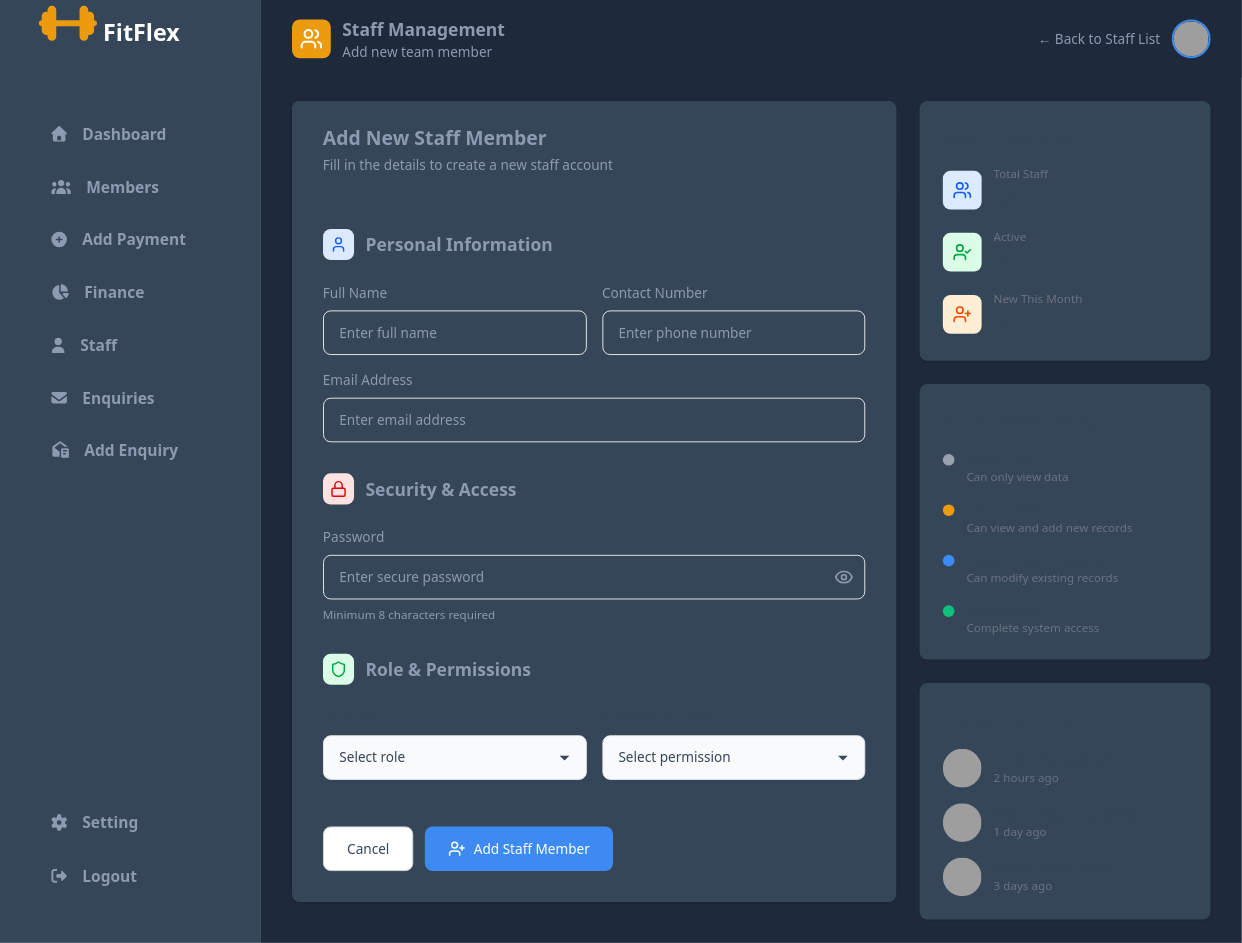
Repository: MuhammadTalhaTaj/gym_management_app_backend
Page: /addstaff (app in frontend/)
An editor plug-in stored every save of this project. The page is shown before and after a run of saves, followed by the edit.
The browser window is 1280 px wide. The pictures show the whole page, at 97% of full size.
Pictures or frames that could not be fetched are drawn as grey boxes. The project was rebuilt for these pictures with package versions that can differ from the ones it lists, and the page was loaded fresh each time. Also part of the build but not shown: frontend/vite.config.ts, frontend/src/assets/styles/AdminHeader.css, frontend/src/Components/AdminHeader.tsx, frontend/src/assets/styles/AdminDashboard.css, frontend/src/hooks/useDashboardData.ts, frontend/src/assets/styles/AdminDashboardStats.css, frontend/src/Components/AdminDashboardStats.tsx, frontend/src/Components/IncomeExpenseChart.tsx and 31 more.

Above is the page before, as saved 2025-11-21 10:45:19.

### frontend/index.html
<!doctype html>
<html lang="en">

<head>
  <meta charset="UTF-8" />
  <link rel="icon" type="image/svg+xml" href="/vite.svg" />
  <meta name="viewport" content="width=device-width, initial-scale=1.0" />
  <title>GymManagement</title>
  <link rel="preconnect" href="https://fonts.googleapis.com" />
  <link rel="preconnect" href="https://fonts.gstatic.com" crossorigin />
  <link rel="stylesheet" href="https://fonts.googleapis.com/css2?family=Roboto:wght@300;400;500;700&display=swap" />

</head>

<body>
  <div id="root"></div>
  <script type="module" src="/src/main.tsx"></script>
</body>

</html>

### frontend/src/index.css
@import "tailwindcss";
:root{
  padding: 0;
  margin: 0;
  box-sizing: border-box;
  --primary-100:#364659;
  --primary-200:#1E293B;
  --primary-300:#8C9BB0;
  --secondary-100: #EC9A0E;
  --secondary-200:#595446;
  --tertiary-100: #F24949;
  --tertiary-100-30: #584252;
  --tertiary-200: #F47117;
  --tertiary-200-30: #5A4B48;
  --tertiary-300: #11BF7F;
  --tertiary-300-30: #2B595E;
  --tertiary-400: #3D8BF2;
  --tertiary-400-30: #344E75;
  --tertiary-500: #94A3B8;
  --tertiary-600: #1E293B;
}
body{
  padding: 0;
  margin: 0;
}
.adminMain{
  display: flex;
  margin: 0;
  justify-content: space-between;
  padding: 0;
  /* border: 2px solid blue; */
}
@media all and (max-width:700px) {
  .adminMain{
    flex-direction: column;
  }
}

### frontend/src/Components/ProtectedRoute.tsx
import React, { useEffect, useState } from "react";
// import { Navigate } from "react-router-dom";
import { apiRequest } from "../config/api";

type Props = {
  children: React.ReactNode;
};

const getStoredToken = (): string | null => {
  return localStorage.getItem("accessToken") || sessionStorage.getItem("accessToken");
};

export default function ProtectedRoute({ children }: Props) {
  const [status, setStatus] = useState<"pending" | "ok" | "unauth">("pending");

  useEffect(() => {
    let mounted = true;

    const token = getStoredToken();
    if (!token) {
      // no token -> immediately unauth
      if (mounted) setStatus("unauth");
      return;
    }

    const validate = async () => {
      try {
        // call backend authenticate endpoint
        const res = await apiRequest<{ success?: boolean; message?: string; userId?: string }>({
          method: "GET",
          endpoint: "/auth/authenticate"
        });

        // backend returns success:true on valid token
        if (mounted && res && (res as any).success === true) {
          setStatus("ok");
        } else {
          // treat missing success flag as unauth
          if (mounted) setStatus("unauth");
        }
      } catch (err) {
        // any error -> unauth
        if (mounted) setStatus("unauth");
      }
    };

    validate();

    return () => { mounted = false; };
  }, []);

  if (status === "pending") {
    // while checking, render nothing (keep UI/layout unchanged)
    return null;
  }

  if (status === "unauth") {
    // clear tokens to ensure clean state, then redirect
    try {
      localStorage.removeItem("accessToken");
      sessionStorage.removeItem("accessToken");
    } catch (e) {
      // ignore
    }
    // return <Navigate to="/login" replace />;
  }

  // auth ok
  return <>{children}</>;
}

### frontend/src/context/AuthContext.tsx
// src/context/AuthContext.tsx (example)
import React, { createContext, useEffect } from "react";
import { onAuthFailure,
  // setAccessToken as storeAccessToken,
   clearTokens } from "../config/auth";
import { useNavigate } from "react-router-dom";

export const AuthContext = createContext<any>(null);

export const AuthProvider: React.FC<{children:any}> = ({ children }) => {
  const navigate = useNavigate();

  useEffect(() => {
    onAuthFailure(() => {
      // clear local tokens and redirect to login
      clearTokens();
      navigate("/login");
    });
  }, [navigate]);

  return <AuthContext.Provider value={{}}>{children}</AuthContext.Provider>;
};

### frontend/src/pages/Admin/AddStaff.tsx
import React, { useState } from 'react';
import { Eye, EyeOff, Users, UserCheck, UserPlus, Shield, User, Lock } from 'lucide-react';

// Data file - export this to a separate file in your project (e.g., staffData.js)
export const staffData = {
  teamOverview: {
    totalStaff: 24,
    activeStaff: 22,
    newThisMonth: 3
  },
  permissionLevels: [
    {
      id: 'view-only',
      name: 'View Only',
      description: 'Can only view data',
      color: 'bg-gray-400'
    },
    {
      id: 'view-add',
      name: 'View + Add',
      description: 'Can view and add new records',
      color: 'bg-[var(--secondary-100)]'
    },
    {
      id: 'view-add-update',
      name: 'View + Add + Update',
      description: 'Can modify existing records',
      color: 'bg-[var(--tertiary-400)]'
    },
    {
      id: 'full-access',
      name: 'Full Access',
      description: 'Complete system access',
      color: 'bg-[var(--tertiary-300)]'
    }
  ],
  recentActivity: [
    {
      id: 1,
      name: 'Sarah Chen',
      action: 'joined',
      time: '2 hours ago',
      avatar: 'https://i.pravatar.cc/150?img=1'
    },
    {
      id: 2,
      name: 'Mike Johnson',
      action: 'updated',
      time: '1 day ago',
      avatar: 'https://i.pravatar.cc/150?img=2'
    },
    {
      id: 3,
      name: 'Emma Davis',
      action: 'added',
      time: '3 days ago',
      avatar: 'https://i.pravatar.cc/150?img=3'
    }
  ],
  jobRoles: [
    'Select role',
    'Administrator',
    'Manager',
    'Developer',
    'Designer',
    'Analyst',
    'Support Staff'
  ],
  permissions: [
    'Select permission',
    'View Only',
    'View + Add',
    'View + Add + Update',
    'Full Access'
  ]
};

// Reusable Components
const Card = ({ children, className = '' }) => (
  <div className={`bg-[var(--primary-100)] rounded-lg shadow-sm ${className}`}>
    {children}
  </div>
);

const Input = ({ label, placeholder, type = 'text', value, onChange, showPasswordToggle, onTogglePassword, showPassword, helperText }) => (
  <div className="flex flex-col gap-2 ">
    {label && (
      <label className="text-sm font-medium text-[var(--primary-300)]">
        {label}
      </label>
    )}
    <div className="relative">
      <input
        type={type}
        placeholder={placeholder}
        value={value}
        onChange={onChange}
        className="w-full px-4 py-3 bg-[var(--primary-100)] border border-gray-200 rounded-lg text-sm text-[var(--primary-300)] placeholder-[var(--primary-300)] focus:outline-none focus:ring-2 focus:ring-[var(--tertiary-400)] focus:border-transparent transition-all"
      />
      {showPasswordToggle && (
        <button
          type="button"
          onClick={onTogglePassword}
          className="absolute right-3 top-1/2 -translate-y-1/2 text-[var(--primary-300)] hover:text-[var(--primary-100)] transition-colors"
        >
          {showPassword ? <EyeOff size={20} /> : <Eye size={20} />}
        </button>
      )}
    </div>
    {helperText && (
      <span className="text-xs text-[var(--primary-300)]">{helperText}</span>
    )}
  </div>
);

const Select = ({ label, options, value, onChange }) => (
  <div className="flex flex-col gap-2">
    {label && (
      <label className="text-sm font-medium text-[var(--primary-100)]">
        {label}
      </label>
    )}
    <select
      value={value}
      onChange={onChange}
      className="w-full px-4 py-3 bg-gray-50 border border-gray-200 rounded-lg text-sm text-[var(--primary-100)] focus:outline-none focus:ring-2 focus:ring-[var(--tertiary-400)] focus:border-transparent transition-all appearance-none cursor-pointer"
      style={{
        backgroundImage: `url("data:[embedded picture, 161 characters]")`,
        backgroundRepeat: 'no-repeat',
        backgroundPosition: 'right 1rem center'
      }}
    >
      {options.map((option, index) => (
        <option key={index} value={option}>
          {option}
        </option>
      ))}
    </select>
  </div>
);

const Button = ({ children, variant = 'primary', onClick, icon: Icon }) => {
  const variants = {
    primary: 'bg-[var(--tertiary-400)] hover:bg-[var(--tertiary-400)]/90 text-white',
    secondary: 'bg-white hover:bg-gray-50 text-[var(--primary-100)] border border-gray-300'
  };

  return (
    <button
      onClick={onClick}
      className={`px-6 py-3 rounded-lg font-medium text-sm transition-all flex items-center justify-center gap-2 ${variants[variant]}`}
    >
      {Icon && <Icon size={18} />}
      {children}
    </button>
  );
};

const StatsCard = ({ icon: Icon, label, value, iconBg, iconColor }) => (
  <div className="flex items-center gap-3">
    <div className={`w-10 h-10 rounded-lg ${iconBg} flex items-center justify-center`}>
      <Icon size={20} className={iconColor} />
    </div>
    <div>
      <p className="text-xs text-gray-500">{label}</p>
      <p className="text-2xl font-bold text-[var(--primary-100)]">{value}</p>
    </div>
  </div>
);

const ActivityItem = ({ activity }) => (
  <div className="flex items-center gap-3">
    <img
      src={activity.avatar}
      alt={activity.name}
      className="w-10 h-10 rounded-full object-cover"
    />
    <div className="flex-1">
      <p className="text-sm font-medium text-[var(--primary-100)]">
        {activity.name} {activity.action}
      </p>
      <p className="text-xs text-gray-500">{activity.time}</p>
    </div>
  </div>
);

const PermissionItem = ({ permission }) => (
  <div className="flex items-start gap-3">
    <div className={`w-3 h-3 rounded-full ${permission.color} mt-1`}></div>
    <div className="flex-1">
      <p className="text-sm font-semibold text-[var(--primary-100)]">{permission.name}</p>
      <p className="text-xs text-gray-500">{permission.description}</p>
    </div>
  </div>
);

const SectionHeader = ({ icon: Icon, title, iconBg, iconColor }) => (
  <div className="flex items-center gap-3 mb-6">
    <div className={`w-8 h-8 rounded-lg ${iconBg} flex items-center justify-center`}>
      <Icon size={18} className={iconColor} />
    </div>
    <h3 className="text-lg font-semibold text-[var(--primary-300)]">{title}</h3>
  </div>
);

// Main Component
const AddStaff = () => {
  const [formData, setFormData] = useState({
    fullName: '',
    contactNumber: '',
    email: '',
    password: '',
    jobRole: staffData.jobRoles[0],
    permission: staffData.permissions[0]
  });

  const [showPassword, setShowPassword] = useState(false);

  const handleInputChange = (field) => (e) => {
    setFormData(prev => ({ ...prev, [field]: e.target.value }));
  };

  const handleSubmit = () => {
    console.log('Form submitted:', formData);
    // Add your form submission logic here
  };

  const handleCancel = () => {
    setFormData({
      fullName: '',
      contactNumber: '',
      email: '',
      password: '',
      jobRole: staffData.jobRoles[0],
      permission: staffData.permissions[0]
    });
  };

  return (
    <div className="min-h-screen w-full bg-[var(--primary-200)]">
      {/* Header */}
      <header className="bg-[var(--primary-200)] text-white px-4 sm:px-6 lg:px-8 py-4">
        <div className="max-w-7xl mx-auto flex items-center justify-between">
          <div className="flex items-center gap-3">
            <div className="w-10 h-10 bg-[var(--secondary-100)] rounded-lg flex items-center justify-center">
              <Users size={24} />
            </div>
            <div>
              <h1 className="text-lg font-semibold text-[var(--primary-300)]">Staff Management</h1>
              <p className="text-sm text-[var(--primary-300)]">Add new team member</p>
            </div>
          </div>
          <div className="flex items-center gap-3">
            <button className="flex items-center text-[var(--primary-300)] gap-2 text-sm hover:text-gray-300 transition-colors">
              <span className="hidden sm:inline">← Back to Staff List</span>
              <span className="sm:hidden">← Back</span>
            </button>
            <img
              src="https://i.pravatar.cc/150?img=5"
              alt="User"
              className="w-10 h-10 rounded-full object-cover border-2 border-[var(--tertiary-400)]"
            />
          </div>
        </div>
      </header>

      {/* Main Content */}
      <main className="max-w-7xl mx-auto px-4 sm:px-6 lg:px-8 py-6">
        <div className="grid grid-cols-1 lg:grid-cols-3 gap-6">
          {/* Left Column - Form */}
          <div className="lg:col-span-2">
            <Card className="p-6 sm:p-8">
              {/* Form Header */}
              <div className="bg-[var(--primary-100)] text-[var(--primary-300)] -mx-6 sm:-mx-8 -mt-6 sm:-mt-8 px-6 sm:px-8 py-6 rounded-t-lg mb-8">
                <h2 className="text-xl font-bold mb-1">Add New Staff Member</h2>
                <p className="text-sm text-[var(--primary-300)]">Fill in the details to create a new staff account</p>
              </div>

              <div className="space-y-8">
                {/* Personal Information */}
                <div>
                  <SectionHeader
                    icon={User}
                    title="Personal Information"
                    iconBg="bg-blue-100"
                    iconColor="text-blue-600"
                  />
                  <div className="grid grid-cols-1 md:grid-cols-2 gap-4">
                    <Input
                      label="Full Name"
                      placeholder="Enter full name"
                      value={formData.fullName}
                      onChange={handleInputChange('fullName')}
                    />
                    <Input
                      label="Contact Number"
                      placeholder="Enter phone number"
                      type="tel"
                      value={formData.contactNumber}
                      onChange={handleInputChange('contactNumber')}
                    />
                  </div>
                  <div className="mt-4">
                    <Input
                      label="Email Address"
                      placeholder="Enter email address"
                      type="email"
                      value={formData.email}
                      onChange={handleInputChange('email')}
                    />
                  </div>
                </div>

                {/* Security & Access */}
                <div>
                  <SectionHeader
                    icon={Lock}
                    title="Security & Access"
                    iconBg="bg-red-100"
                    iconColor="text-red-600"
                  />
                  <Input
                    label="Password"
                    placeholder="Enter secure password"
                    type={showPassword ? 'text' : 'password'}
                    value={formData.password}
                    onChange={handleInputChange('password')}
                    showPasswordToggle
                    onTogglePassword={() => setShowPassword(!showPassword)}
                    showPassword={showPassword}
                    helperText="Minimum 8 characters required"
                  />
                </div>

                {/* Role & Permissions */}
                <div>
                  <SectionHeader
                    icon={Shield}
                    title="Role & Permissions"
                    iconBg="bg-green-100"
                    iconColor="text-green-600"
                  />
                  <div className="grid grid-cols-1 md:grid-cols-2 gap-4">
                    <Select
                      label="Job Role"
                      options={staffData.jobRoles}
                      value={formData.jobRole}
                      onChange={handleInputChange('jobRole')}
                    />
                    <Select
                      label="Permission Level"
                      options={staffData.permissions}
                      value={formData.permission}
                      onChange={handleInputChange('permission')}
                    />
                  </div>
                </div>

                {/* Action Buttons */}
                <div className="flex flex-col sm:flex-row gap-3 pt-4">
                  <Button variant="secondary" onClick={handleCancel}>
                    Cancel
                  </Button>
                  <Button variant="primary" onClick={handleSubmit} icon={UserPlus}>
                    Add Staff Member
                  </Button>
                </div>
              </div>
            </Card>
          </div>

          {/* Right Column - Sidebar */}
          <div className="space-y-6">
            {/* Team Overview */}
            <Card className="p-6">
              <h3 className="text-lg font-semibold text-[var(--primary-100)] mb-4">Team Overview</h3>
              <div className="space-y-4">
                <StatsCard
                  icon={Users}
                  label="Total Staff"
                  value={staffData.teamOverview.totalStaff}
                  iconBg="bg-blue-100"
                  iconColor="text-blue-600"
                />
                <StatsCard
                  icon={UserCheck}
                  label="Active"
                  value={staffData.teamOverview.activeStaff}
                  iconBg="bg-green-100"
                  iconColor="text-green-600"
                />
                <StatsCard
                  icon={UserPlus}
                  label="New This Month"
                  value={staffData.teamOverview.newThisMonth}
                  iconBg="bg-orange-100"
                  iconColor="text-orange-600"
                />
              </div>
            </Card>

            {/* Permission Levels */}
            <Card className="p-6">
              <h3 className="text-lg font-semibold text-[var(--primary-100)] mb-4">Permission Levels</h3>
              <div className="space-y-4">
                {staffData.permissionLevels.map(permission => (
                  <PermissionItem key={permission.id} permission={permission} />
                ))}
              </div>
            </Card>

            {/* Recent Activity */}
            <Card className="p-6">
              <h3 className="text-lg font-semibold text-[var(--primary-100)] mb-4">Recent Activity</h3>
              <div className="space-y-4">
                {staffData.recentActivity.map(activity => (
                  <ActivityItem key={activity.id} activity={activity} />
                ))}
              </div>
            </Card>
          </div>
        </div>
      </main>
    </div>
  );
};

export default AddStaff;

### frontend/src/config/auth.ts
// src/config/auth.ts
const ACCESS_TOKEN_KEY = "accessToken";

/**
 * Read access token (prefers localStorage, fallbacks to sessionStorage)
 */
export function readAccessToken(): string | null {
  return localStorage.getItem(ACCESS_TOKEN_KEY) || sessionStorage.getItem(ACCESS_TOKEN_KEY);
}

/**
 * Store access token.
 * If `persist` true -> save to localStorage, otherwise sessionStorage.
 */
export function setAccessToken(token: string | null, persist = true) {
  if (!token) {
    localStorage.removeItem(ACCESS_TOKEN_KEY);
    sessionStorage.removeItem(ACCESS_TOKEN_KEY);
    return;
  }
  if (persist) {
    localStorage.setItem(ACCESS_TOKEN_KEY, token);
    sessionStorage.removeItem(ACCESS_TOKEN_KEY);
  } else {
    sessionStorage.setItem(ACCESS_TOKEN_KEY, token);
    localStorage.removeItem(ACCESS_TOKEN_KEY);
  }
}

/**
 * Clear tokens
 */
export function clearTokens() {
  localStorage.removeItem(ACCESS_TOKEN_KEY);
  sessionStorage.removeItem(ACCESS_TOKEN_KEY);
}

/**
 * Call refresh endpoint to obtain a fresh access token.
 * Note: This request includes credentials because your backend may store refresh token in an httpOnly cookie.
 */
let AUTH_BASE_URL = (import.meta.env.VITE_API_URL || "http://localhost:4000").replace(/\/$/, "");

export async function refreshAccessToken(): Promise<string> {
  const url = `${AUTH_BASE_URL}/auth/refreshToken`;

  const res = await fetch(url, {
    method: "POST",
    // include cookies to allow the server to find httpOnly refresh cookie
    credentials: "include",
    headers: {
      "Content-Type": "application/json"
    },
    // no body needed because your server reads cookie/header
  });

  // If server returns non-JSON or non-ok, try to parse but handle gracefully
  let data: any = {};
  try {
    data = await res.json();
  } catch (e) {
    // ignore parse error
  }

  if (!res.ok) {
    // throw useful error with body message if present
    const message = data?.message || `Failed to refresh access token (status ${res.status})`;
    throw new Error(message);
  }

  if (!data?.accessToken) {
    throw new Error("Refresh succeeded but no accessToken returned");
  }

  // store returned token (persist behavior up to you; default persist)
  setAccessToken(data.accessToken, true);
  return data.accessToken;
}

/**
 * App-level callback when refresh fails (e.g., redirect to /login)
 */
let authFailureHandler: (() => void) | null = null;
export function onAuthFailure(handler: () => void) {
  authFailureHandler = handler;
}
export function callAuthFailureHandler() {
  if (typeof authFailureHandler === "function") authFailureHandler();
}

Loaded but not shown: frontend/src/main.tsx (common file); frontend/src/Components/AdminSidebar.tsx (181 lines, source omitted); frontend/src/config/api.ts (123 lines, source omitted); frontend/src/App.tsx (71 lines, source omitted); frontend/src/assets/styles/AdminSidebar.css (138 lines, source omitted)

After the next 4 saves:
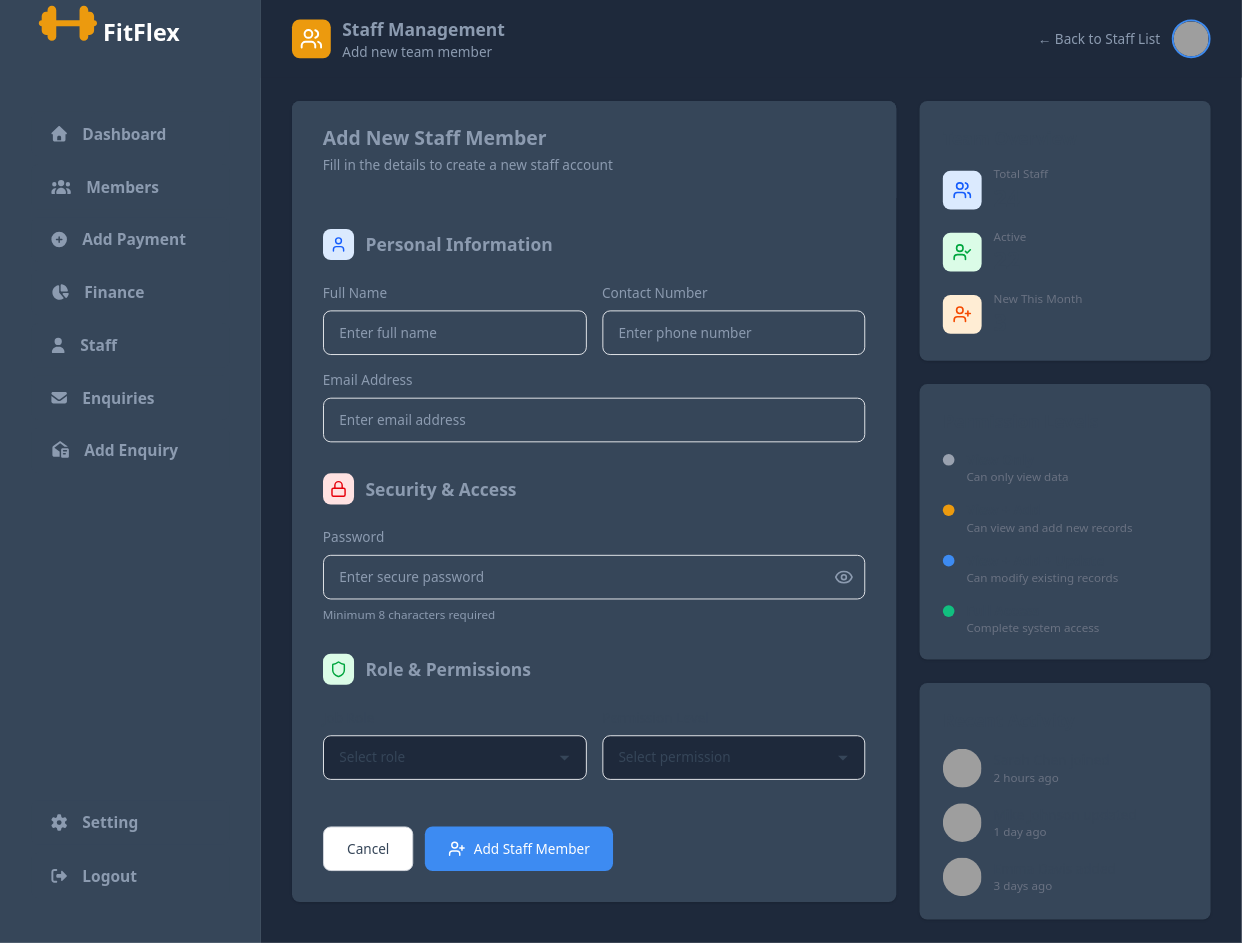
The 4 saves are shown as one change because they came seconds apart.
The last was saved 30 s later.
--- a/frontend/src/pages/Admin/AddStaff.tsx
+++ b/frontend/src/pages/Admin/AddStaff.tsx
@@ -123,7 +123,7 @@ const Select = ({ label, options, value, onChange }) => (
     <select
       value={value}
       onChange={onChange}
-      className="w-full px-4 py-3 bg-gray-50 border border-gray-200 rounded-lg text-sm text-[var(--primary-100)] focus:outline-none focus:ring-2 focus:ring-[var(--tertiary-400)] focus:border-transparent transition-all appearance-none cursor-pointer"
+      className="w-full px-4 py-3 bg-[var(--primary-200)] border border-gray-200 rounded-lg text-sm text-[var(--primary-100)] focus:outline-none focus:ring-2 focus:ring-[var(--tertiary-400)] focus:border-transparent transition-all appearance-none cursor-pointer"
       style={{
         backgroundImage: `url("data:[embedded picture, 161 characters]")`,
         backgroundRepeat: 'no-repeat',
